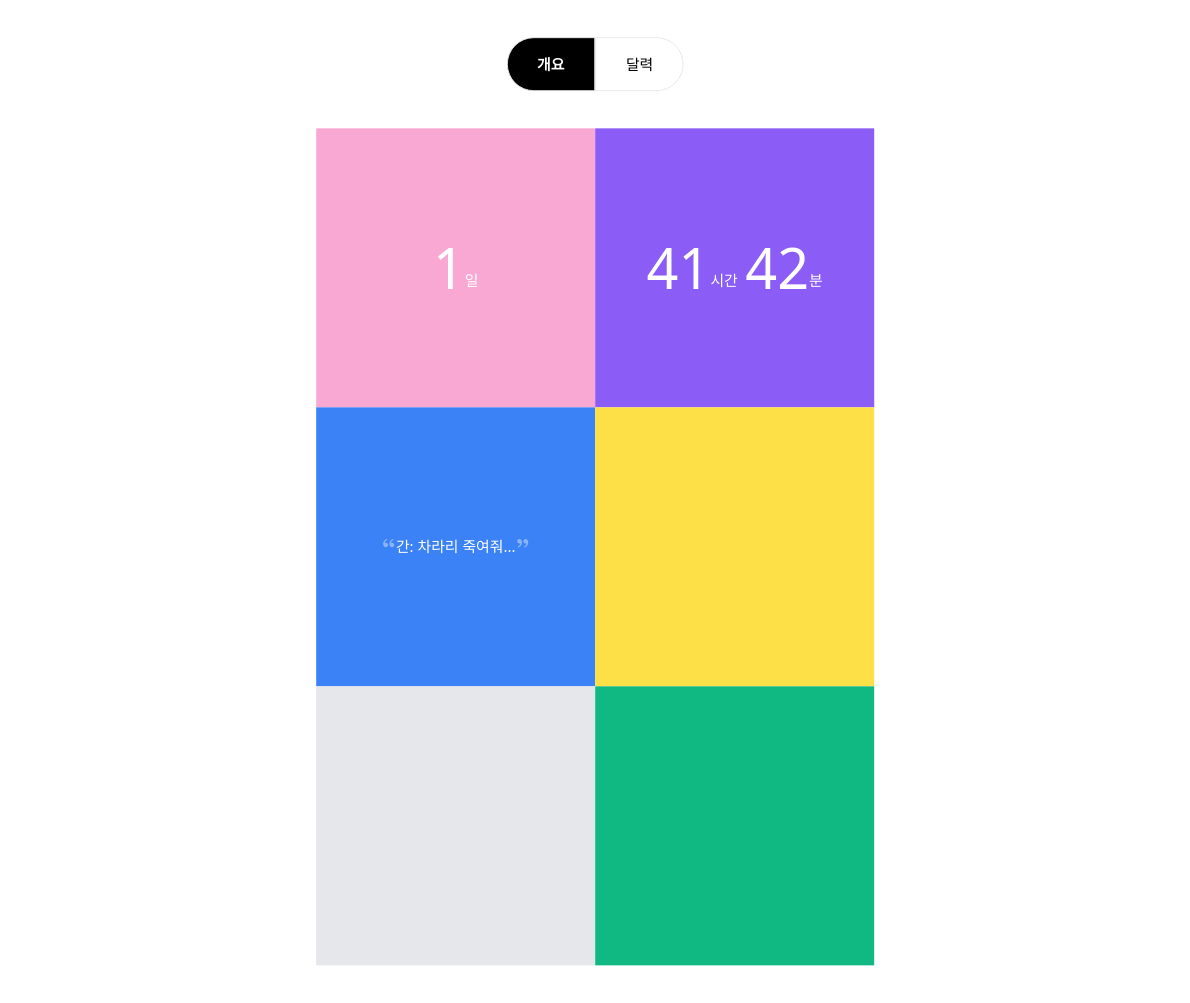
Repository: honey-punch/my-alcohol
Page: /
These files come from the project's save history. The page is drawn as it stood at one moment and after the next save; the edit follows.
The browser window is 1280 px wide. The pictures show the whole page, at 93% of full size.
The project was rebuilt for these pictures with package versions that can differ from the ones it lists, and the page was loaded fresh each time. The framework's server and built-in components were replaced by stand-ins that run in the browser. Also part of the build but not shown: next.config.ts, src/app/_component/Calendar.tsx.

Above is the page before, as saved 2025-02-10 16:10:58.

### src/app/page.tsx
"use client";

import { useState } from "react";
import Summary from "./_component/Summary";
import Calendar from "./_component/Calendar";

type ViewType = "summary" | "calendar";

export default function Home() {
  // useState
  const [viewType, setViewType] = useState<ViewType>("summary");

  // functions
  function handleChangeViewType() {
    if (viewType === "summary") {
      setViewType("calendar");
    } else {
      setViewType("summary");
    }
  }

  return (
    <div className="w-full flex flex-col items-center p-10 gap-10">
      <div onClick={handleChangeViewType} className="flex">
        <button
          className={`${
            viewType === "summary"
              ? "bg-black text-white font-black"
              : "hover:bg-black/20"
          } rounded-s-full border px-8 py-4 transition-colors`}
        >
          개요
        </button>
        <button
          className={`${
            viewType === "calendar"
              ? "bg-black text-white font-black"
              : "hover:bg-black/20"
          } rounded-e-full border px-8 py-4 transition-colors`}
        >
          달력
        </button>
      </div>
      {viewType === "summary" ? <Summary /> : <Calendar />}
    </div>
  );
}

### src/app/_component/Summary.tsx
import { RiDoubleQuotesL } from "react-icons/ri";
import { RiDoubleQuotesR } from "react-icons/ri";

const BOX_SIZE = 300;

export default function Summary() {
  const today = new Date();

  // TODO - DB에서 받아온 술마신 날들 중 가장 마지막 날
  const lastDay = new Date("2025-02-08T22:00:00");

  // 1, 2번 박스
  const diffMs = Math.abs(today.getTime() - lastDay.getTime());
  const diffDay = Math.floor(diffMs / (1000 * 60 * 60 * 24));
  const diffHour = Math.floor(diffMs / (1000 * 60 * 60));
  const diffMin = Math.floor((diffMs % (1000 * 60 * 60)) / (1000 * 60));
  const diffTime = { diffHour, diffMin };

  // 3번 박스

  // 4번 박스
  // TODO - DB에 저장해볼까
  const wiseSaying = [
    "내가 또 술을 마시면 개다.",
    "간한테 미안하지도 않냐?",
    "간: 차라리 죽여줘...",
    "술마시면 하루가 날라간다.",
    "안마셔도 생각보다 괜찮다.",
    "마시고 후회할꺼 왜마시냐?",
  ];
  const randomWiseSaying =
    wiseSaying[Math.floor(Math.random() * wiseSaying.length)];

  return (
    <div className="grid grid-cols-2">
      <div
        style={{ width: `${BOX_SIZE}px`, height: BOX_SIZE }}
        className="bg-pink-300 text-white flex justify-center items-center"
      >
        <span className="text-6xl">{diffDay}</span>
        <span className="mt-7">일</span>
      </div>
      <div
        style={{ width: `${BOX_SIZE}px`, height: BOX_SIZE }}
        className="bg-violet-500 text-white flex justify-center items-center"
      >
        <span className="text-6xl">{diffTime.diffHour}</span>
        <span className="mt-7 mr-2">시간</span>
        <span className="text-6xl">{diffTime.diffMin}</span>
        <span className="mt-7">분</span>
      </div>
      <div
        style={{ width: `${BOX_SIZE}px`, height: BOX_SIZE }}
        className="bg-blue-500 text-white flex justify-center items-center"
      >
        <div className="flex">
          <RiDoubleQuotesL className="opacity-40" />
          {randomWiseSaying}
          <RiDoubleQuotesR className="opacity-40" />
        </div>
      </div>
      <div
        style={{ width: `${BOX_SIZE}px`, height: BOX_SIZE }}
        className="bg-yellow-300 text-white flex justify-center items-center text-3xl"
      ></div>
      <div
        style={{ width: `${BOX_SIZE}px`, height: BOX_SIZE }}
        className="bg-gray-200 text-white flex justify-center items-center text-3xl"
      ></div>
      <div
        style={{ width: `${BOX_SIZE}px`, height: BOX_SIZE }}
        className="bg-emerald-500 text-white flex justify-center items-center text-3xl"
      ></div>
    </div>
  );
}

Loaded but not shown: src/app/layout.tsx (common file); src/app/globals.css (common file); tailwind.config.ts (common file)

After the next save:
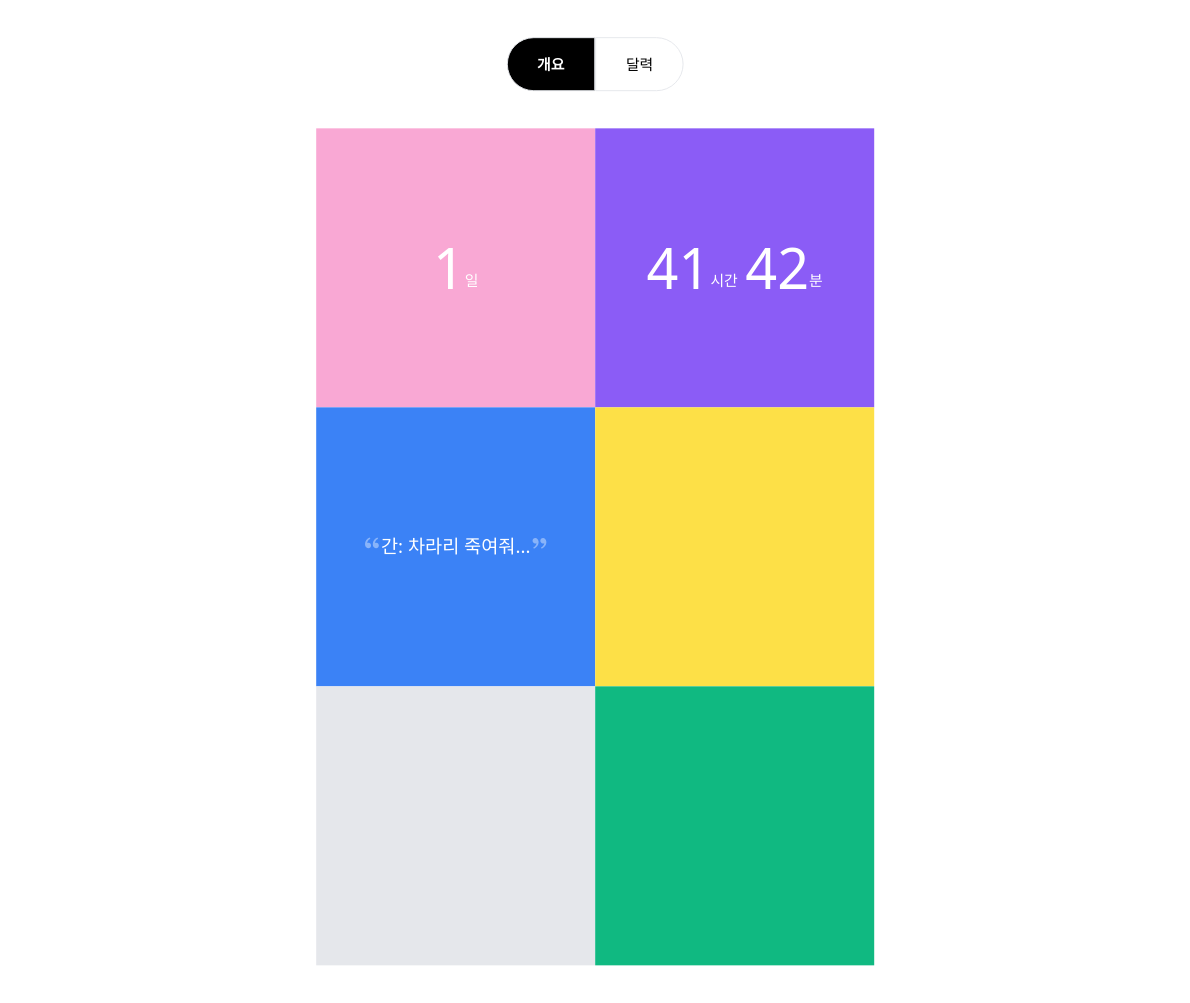
Saved 15 s later.
--- a/src/app/_component/Summary.tsx
+++ b/src/app/_component/Summary.tsx
@@ -53,7 +53,7 @@ export default function Summary() {
         style={{ width: `${BOX_SIZE}px`, height: BOX_SIZE }}
         className="bg-blue-500 text-white flex justify-center items-center"
       >
-        <div className="flex">
+        <div className="flex text-xl">
           <RiDoubleQuotesL className="opacity-40" />
           {randomWiseSaying}
           <RiDoubleQuotesR className="opacity-40" />
